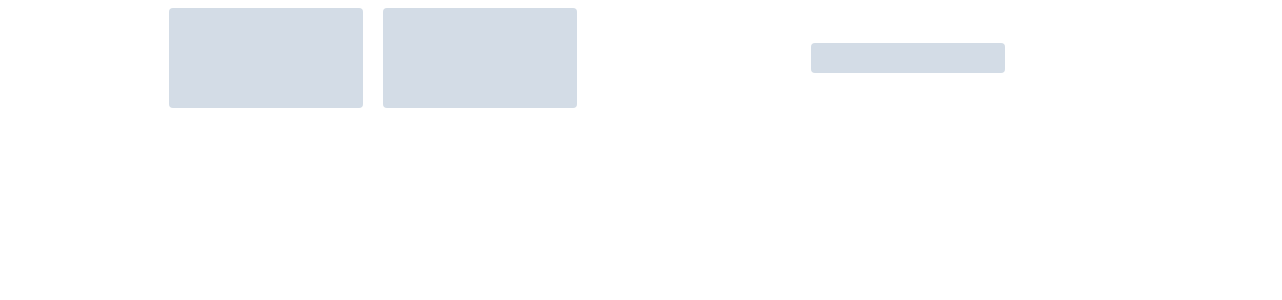
Repository: lagezhou888/element-vue2
Page: /#/button
An editor plug-in stored every save of this project. The page is shown before and after the next save, followed by the edit.
The browser window is 1280 px wide. The page is 1282 px wide, so the pictures cover 1282 px, including what lies to the right of the window. The pictures show the whole page.
The project was rebuilt for these pictures with package versions that can differ from the ones it lists, and the page was loaded fresh each time. Also part of the build but not shown: src/components/HelloWorld.vue, src/views/Home.vue.

Above is the page before, as saved 2021-05-13 11:33:12.

After the next save:
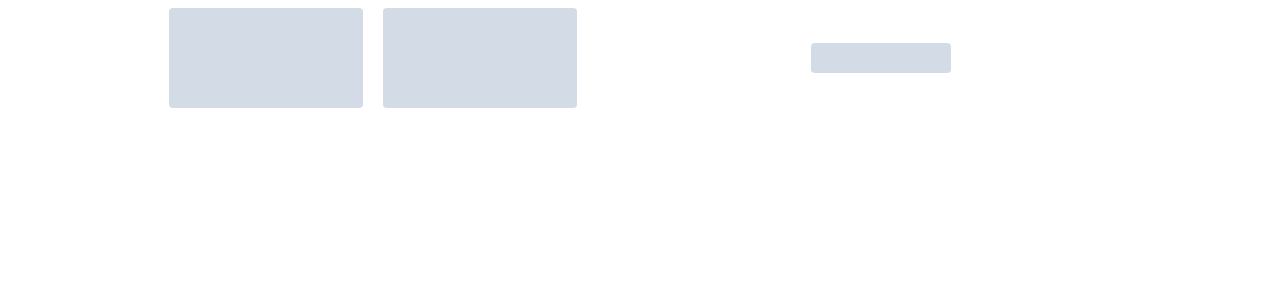
Saved 5 min 51 s later.
--- a/src/views/components/use-button.vue
+++ b/src/views/components/use-button.vue
@@ -4,7 +4,7 @@
       <el-col :span="4" :offset="3"><div class="grid-content bg-purple"></div></el-col>
       <el-col :span="4" :push="2"><div class="kong">&nbsp;</div></el-col>
       <el-col :span="4" :pull="4"><div class="grid-content bg-purple"></div></el-col>
-      <el-col :span="4"><div class="grid-content-last bg-purple"></div></el-col>
+      <el-col :xs="8" :sm="6" :md="4" :lg="3" :xl="1"><div class="grid-content-last bg-purple"></div></el-col>
     </el-row>
   </div>
 </template>
